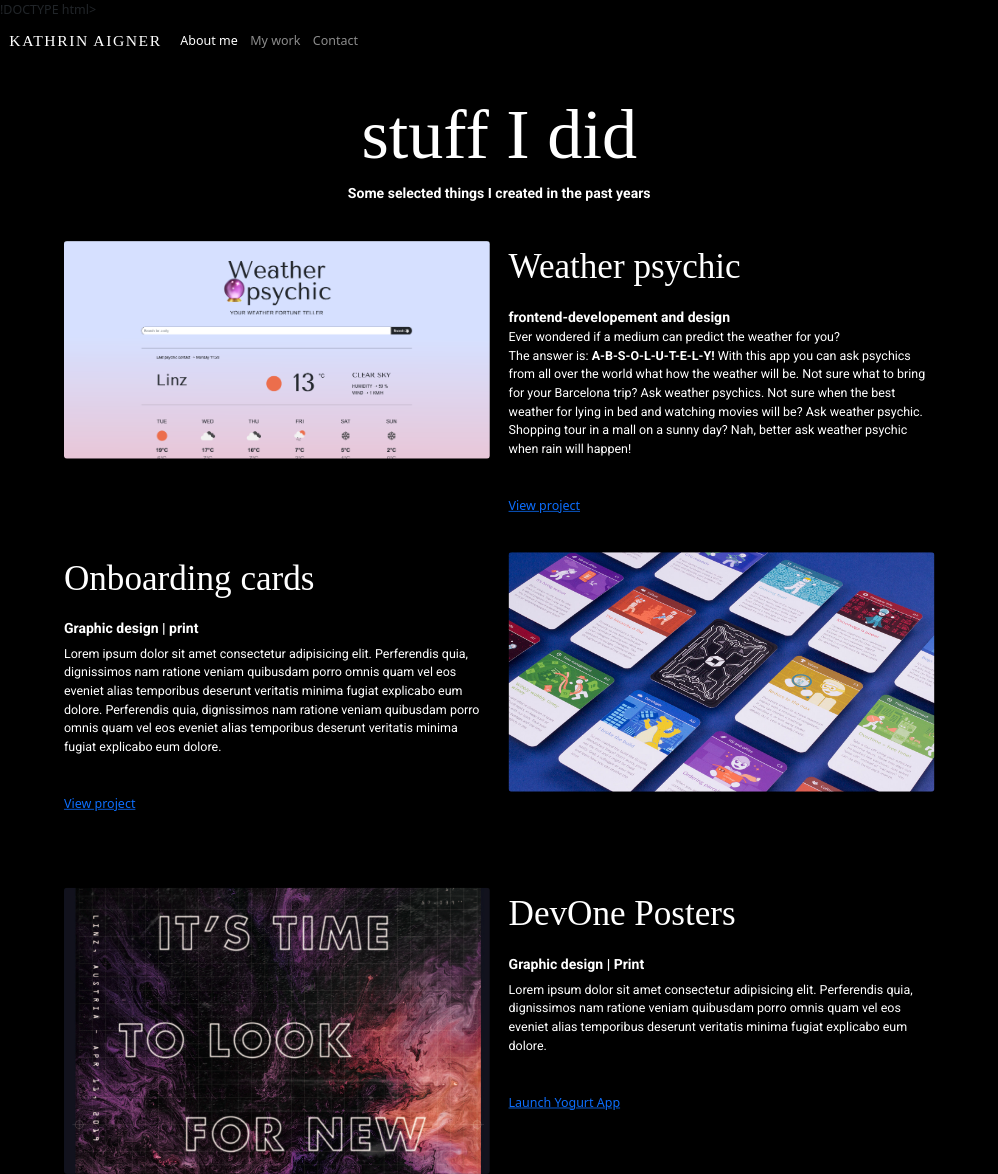
Repository: kathrin-aigner/Portfolio-2022
Page: work.html
The author's editor kept a copy of each file at every save. The page is drawn from the files as they stood at one save, then again after the next save.
The browser window is 1280 px wide. The pictures show the whole page, at 78% of full size.
Some web fonts or font styles are not loaded; a fallback is used. Some web libraries are served in a nearby version.

Above is the page before, as saved 2022-03-28 13:25:49.

### work.html
!DOCTYPE html>
<html lang="en">
  <head>
    <meta charset="UTF-8" />
    <meta http-equiv="X-UA-Compatible" content="IE=edge" />
    <meta name="viewport" content="width=device-width, initial-scale=1.0" />
    <link
      href="https://cdn.jsdelivr.net/npm/bootstrap@5.1.3/dist/css/bootstrap.min.css"
      rel="stylesheet"
      integrity="sha384-1BmE4kWBq78iYhFldvKuhfTAU6auU8tT94WrHftjDbrCEXSU1oBoqyl2QvZ6jIW3"
      crossorigin="anonymous"
    />
    <script
      src="https://cdn.jsdelivr.net/npm/bootstrap@5.1.3/dist/js/bootstrap.bundle.min.js"
      integrity="sha384-ka7Sk0Gln4gmtz2MlQnikT1wXgYsOg+OMhuP+IlRH9sENBO0LRn5q+8nbTov4+1p"
      crossorigin="anonymous"
    ></script>
    <link rel="preconnect" href="https://fonts.googleapis.com" />
    <link rel="preconnect" href="https://fonts.gstatic.com" crossorigin />
    <link
      href="https://fonts.googleapis.com/css2?family=Dela+Gothic+One&family=Roboto:wght@400;500;700&display=swap"
      rel="stylesheet"
    />
    <script
      src="https://kit.fontawesome.com/9a62a34935.js"
      crossorigin="anonymous"
    ></script>

    <link rel="stylesheet" href="/css/styles.css" />
    <title>Welcome to my portfolio – Kathrin Aigner</title>
  </head>
  <body>
    <nav class="navbar navbar-expand-lg navbar-dark text-end">
      <div class="container-fluid">
        <a class="navbar-brand text-uppercase" href="#">Kathrin Aigner</a>
        <button
          class="navbar-toggler"
          type="button"
          data-bs-toggle="collapse"
          data-bs-target="#navbarSupportedContent"
          aria-controls="navbarSupportedContent"
          aria-expanded="false"
          aria-label="Toggle navigation"
        >
          <span class="navbar-toggler-icon"></span>
        </button>
        <div class="collapse navbar-collapse" id="navbarSupportedContent">
          <ul class="navbar-nav me-auto mb-2 mb-lg-0">
            <li class="nav-item">
              <a
                class="nav-link active"
                aria-current="page"
                href="/about.html"
                title="more information about me"
                >About me</a
              >
            </li>
            <li class="nav-item">
              <a class="nav-link" href="/work.html" title="View my work here"
                >My work</a
              >
            </li>
            <li class="nav-item">
              <a class="nav-link" href="/contact.html" title="how to contact me"
                >Contact</a
              >
            </li>
          </ul>
        </div>
      </div>
    </nav>
    <div class="container mb-5">
      <div class="header-page text-center mb-3 mt-5">
  stuff I did
      </div>
      <div class="introduction text-center">
        Some selected things I created in the past years
      </div>
    </div>
    <div class="container">

      <div class="row">
        <div class="col-md-6">
          <img
            src="/images/wheater psychic.png"
            class="img-fluid rounded"
            alt="picture showing a preview of the weather homepage"
          />
        </div>
        <div class="col-sm-6">
          <div class="project-header mb-3">Weather psychic</div>
          <div class="introduction"> frontend-developement and design</div>
          <p class="page-section">
            Ever wondered if a medium can predict the weather for you? </br>The
            answer is: <strong>A-B-S-O-L-U-T-E-L-Y!</strong> With this app you
            can ask psychics from all over the world what how the weather will be.
            Not sure what to bring for your Barcelona trip? Ask weather psychics.
            Not sure when the best weather for lying in bed and watching movies
            will be? Ask weather psychic. Shopping tour in a mall on a sunny
            day? Nah, better ask weather psychic when rain will happen!
          </p>
          <div class="mt-5">
            <a href="#" class="primary-link" title="click to launch weather psychic"
              >View project</a
            >
          </div>
        </div>
      </div>
      <div class="row mt-5">
        <div class="col-sm-6">
          <div class="project-header mb-3">Onboarding cards</div>
          <div class="introduction mb-2"> Graphic design | print </div>
          <p class="page-section text-right">
            Lorem ipsum dolor sit amet consectetur adipisicing elit. Perferendis
            quia, dignissimos nam ratione veniam quibusdam porro omnis quam vel
            eos eveniet alias temporibus deserunt veritatis minima fugiat
            explicabo eum dolore. Perferendis
            quia, dignissimos nam ratione veniam quibusdam porro omnis quam vel
            eos eveniet alias temporibus deserunt veritatis minima fugiat
            explicabo eum dolore.
          </p>
          <div class="mb-5 mt-5">
            <a href="#" class="primary-link" title="Click to view the project"
              >View project</a
            >
          </div>
        </div>
        <div class="col-sm-6">
          <img
            src="/images/onboarding-cards.jpg"
            class="img-fluid rounded"
            alt="picture showing card game"
          />
        </div>
      </div>
      <div class="row mt-5">
        <div class="col-sm-6">
          <img
            src="/images/devOne.png"
            class="img-fluid rounded"
            alt="picture showing a preview of the website about yoghurt"
          />
        </div>
        <div class="col-sm-6">
          <div class="project-header mb-3">DevOne Posters</div>
          <div class="introduction mb-2">
          Graphic design | Print
          </div>
          <p class="page-section">
            Lorem ipsum dolor sit amet consectetur adipisicing elit. Perferendis
            quia, dignissimos nam ratione veniam quibusdam porro omnis quam vel
            eos eveniet alias temporibus deserunt veritatis minima fugiat
            explicabo eum dolore.
          </p>
          <div class="mt-5">
            <a href="#" class="primary-link" title="click to launch yogurt app"
              >Launch Yogurt App</a
            >
          </div>
        </div>
      </div>
    </div>
  </body>
</html>

### css/styles.css
:root {
  --primary-color: white;
  --secondary-color: black;
  --heading-font-family: "Dela Gothic One", cursive;
  --default-font-family: "Roboto", sans-serif;
}

body {
  background-color: var(--secondary-color);
}

.herosection {
  text-align: center;
  padding: 160px 0;
}
.header {
  line-height: 1em;
  font-family: var(--heading-font-family);
  font-size: 200px;
  color: var(--primary-color);
}
.subheader {
  font-size: 32px;
  color: var(--primary-color);
  font-family: var(--default-font-family);
}
.header-page {
  line-height: 1em;
  font-size: 90px;
  color: var(--primary-color);
  font-family: var(--heading-font-family);
}
.project-header {
  font-size: 45px;
  color: var(--primary-color);
  font-family: var(--heading-font-family);
}
.page-section {
  font-size: 16px;
  color: var(--primary-color);
  font-family: var(--default-font-family);
}

.introduction {
  font-size: 18px;
  font-weight: bold;
  color: var(--primary-color);
  font-family: var(--default-font-family);
}
.navbar-brand {
  font-family: var(--heading-font-family);

  letter-spacing: 0.1em;
}

.btn-primary {
  font-family: var(--default-font-family);
  border: 2px solid var(--primary-color);
  background: var(--secondary-color);
  padding: 12px 48px;
}

.project-preview {
  max-width: 500px;
}

After the next save:
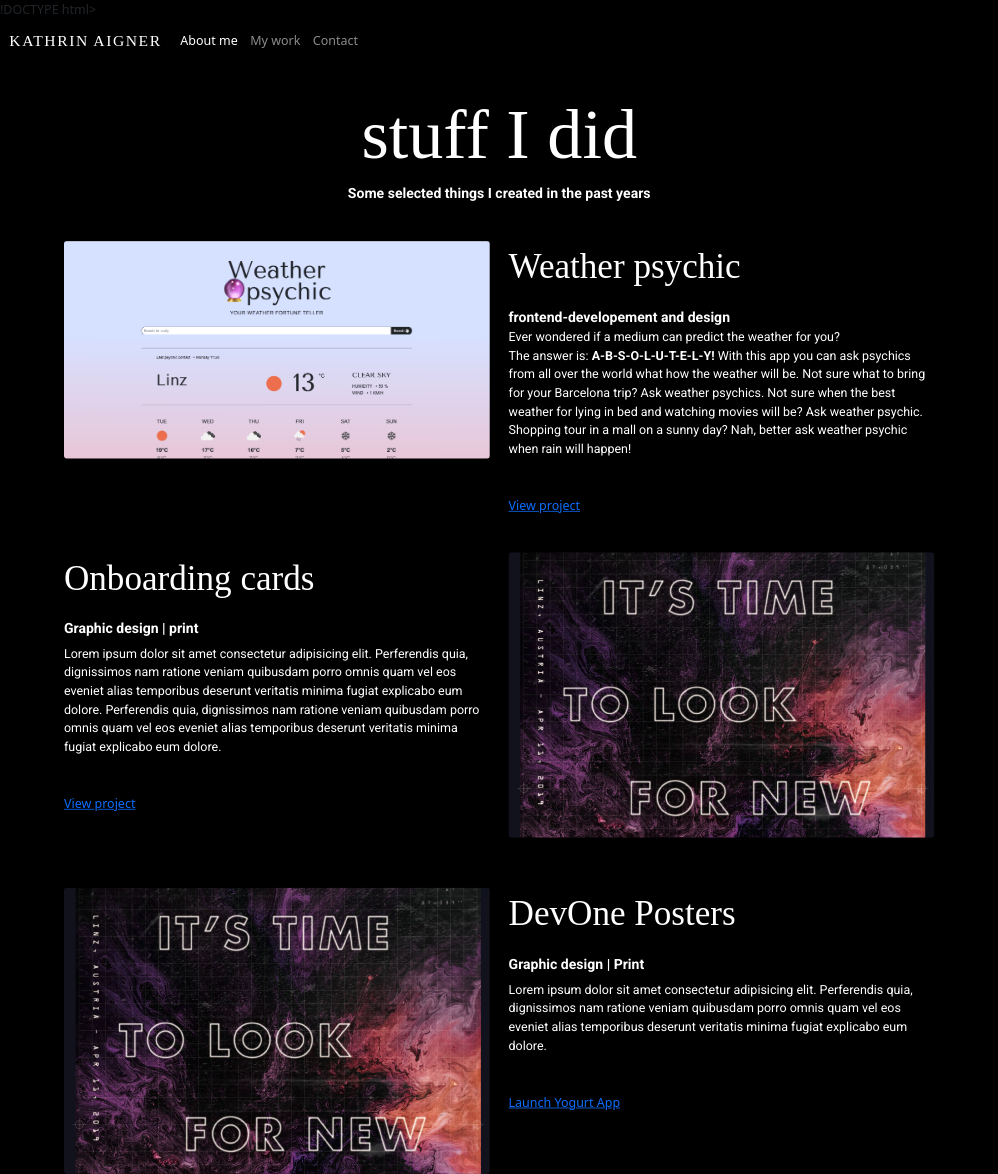
Saved 36 s later.
--- a/work.html
+++ b/work.html
@@ -127,7 +127,7 @@
         </div>
         <div class="col-sm-6">
           <img
-            src="/images/onboarding-cards.jpg"
+            src="/images/devOne.png"
             class="img-fluid rounded"
             alt="picture showing card game"
           />

After the save that followed:
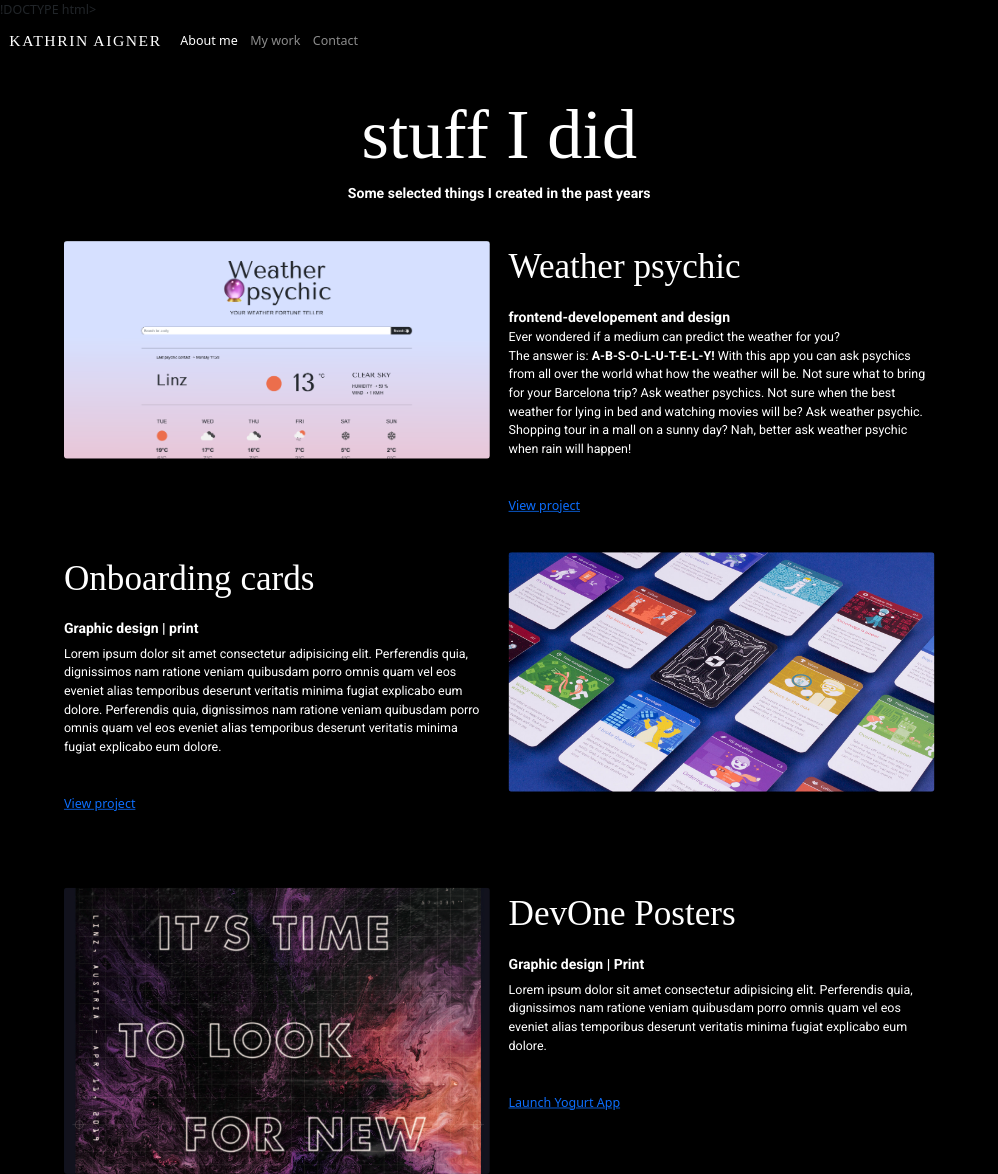
Saved 17 s later.
--- a/work.html
+++ b/work.html
@@ -127,7 +127,7 @@
         </div>
         <div class="col-sm-6">
           <img
-            src="/images/devOne.png"
+            src="/images/onboarding-cards.jpg"
             class="img-fluid rounded"
             alt="picture showing card game"
           />
